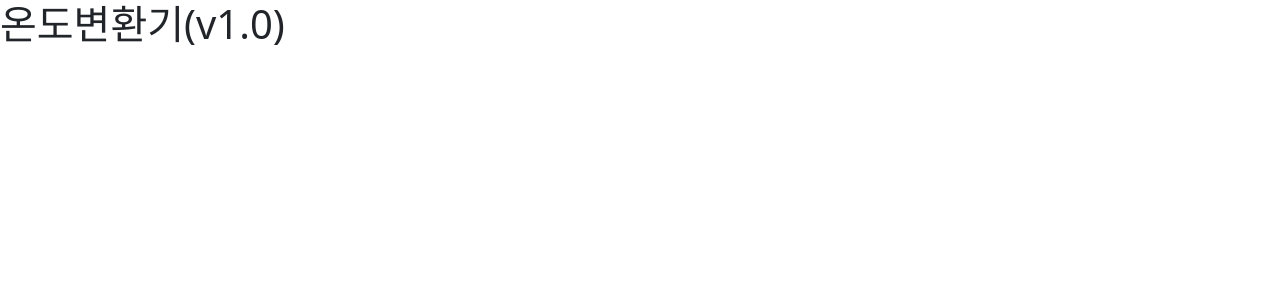
Repository: yeobleeme/06_jsp_basic
Page: http://localhost/jsp01_basic/jsp10_el/jsp02_object.jsp
An editor plug-in stored every save of this project. The page is shown before and after the next save, followed by the edit.
The browser window is 1280 px wide. The pictures show the whole page.
The page is served by Tomcat 9. Other server files are loaded and not shown.

Above is the page before, as saved 2023-05-12 06:35:27.

### jsp01_basic/WebContent/jsp10_el/jsp02_object.jsp
<%@page import="com.lec.el.Thermometer"%>
<%@page language="java" contentType="text/html; charset=UTF-8" pageEncoding="UTF-8"%>
<!DOCTYPE html>
<html>
<head>
	<meta charset="UTF-8">
	<meta name="viewport" content="width=device-width, initial-scale=1, minimum-scale=1, maximum-scale=1">
  	<link href="https://cdn.jsdelivr.net/npm/bootstrap@5.2.3/dist/css/bootstrap.min.css" rel="stylesheet">
  	<script src="https://cdn.jsdelivr.net/npm/bootstrap@5.2.3/dist/js/bootstrap.bundle.min.js"></script>
	<title>Insert title here</title>
</head>
<body>
	<%
		Thermometer thermometer = new Thermometer();
		request.setAttribute("t", thermometer);
	%>

	<h1>온도변환기(v1.0)</h1>
</body>
</html>

### jsp01_basic/src/main/java/com/lec/el/Thermometer.java
package com.lec.el;

import java.util.HashMap;
import java.util.Map;

public class Thermometer {

	private Map<String, Double> map = new HashMap<>();

	public String getInfo() {
		return "섭씨/화씨 온도를 변환하는 온도계 프로그램";
	}

	public String getXxx() {
		return "임의의 문자열을 리턴하는 메서드";

	}

	public void setCelsius(String city, Double val) {
		map.put(city, val);
	}

	public Double getCelsius(String city) {
		return map.get(city);
	}

	public Double getFahrenheight(String city) {
		Double celsius = getCelsius(city);
		if(celsius==null) return null;
		return celsius.doubleValue() * 1.8 + 32.0;
	}

}

After the next save:
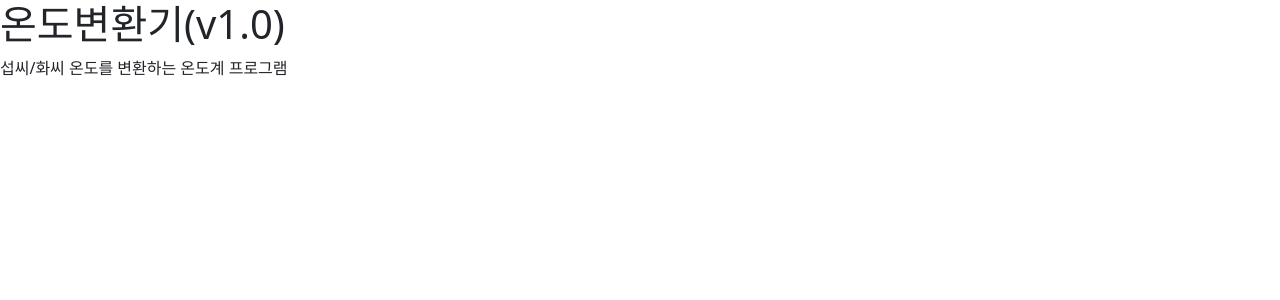
Saved 25 s later.
--- a/jsp01_basic/WebContent/jsp10_el/jsp02_object.jsp
+++ b/jsp01_basic/WebContent/jsp10_el/jsp02_object.jsp
@@ -16,5 +16,6 @@
 	%>
 
 	<h1>온도변환기(v1.0)</h1>
+	${ t.getInfo() }
 </body>
 </html>
